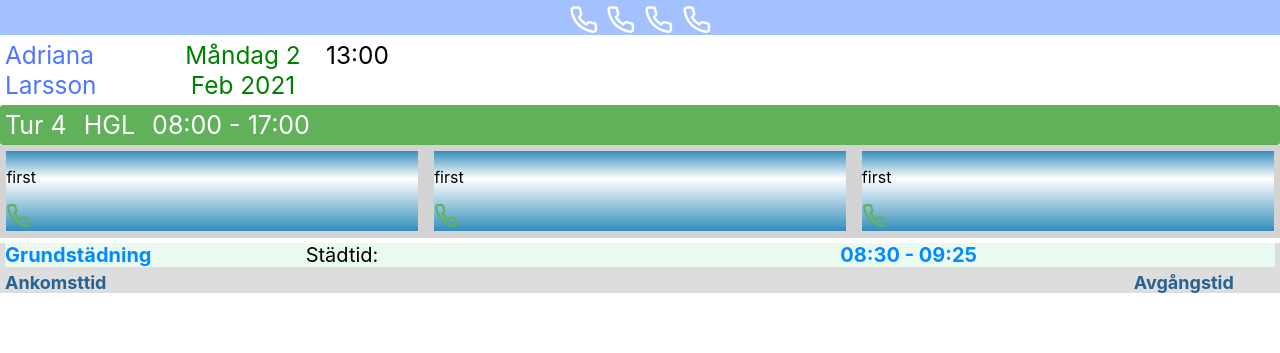
Repository: AdrianaLarsson/learning-react-adriana
Page: /
These files come from the project's save history. The page is drawn as it stood at one moment and after a run of saves; the edit follows.
The browser window is 1280 px wide. The pictures show the whole page.
The project was rebuilt for these pictures with package versions that can differ from the ones it lists, and the page was loaded fresh each time. Also part of the build but not shown: src/components/pixiLearn/pixi-learning.js, src/components/pixiLearn/reactTimline/timelinegant.js.

Above is the page before, as saved 2021-02-18 09:54:39.

After the next 2 saves:
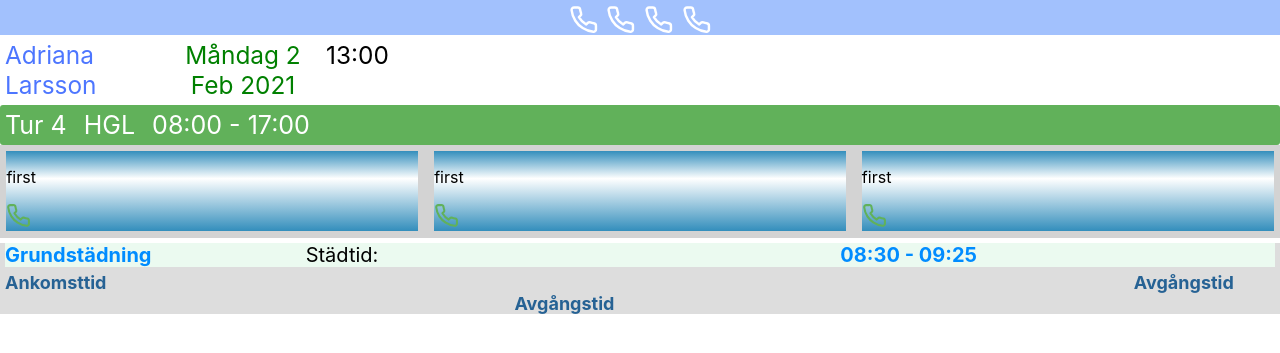
The 2 saves are shown as one change because they came seconds apart.
The last was saved 10 s later.
--- a/src/components/pixiLearn/waypoint-mobile/trainsinfo.js
+++ b/src/components/pixiLearn/waypoint-mobile/trainsinfo.js
@@ -17,6 +17,7 @@ function trainsinfo() {
   <Row className="traininfodeparr">
       <Col className="arrivaltime">Ankomsttid </Col>
       <Col className="departuretime">Avgångstid </Col>
+      <Col className="departuretime">Avgångstid </Col>
   </Row>
 </Container>
 
